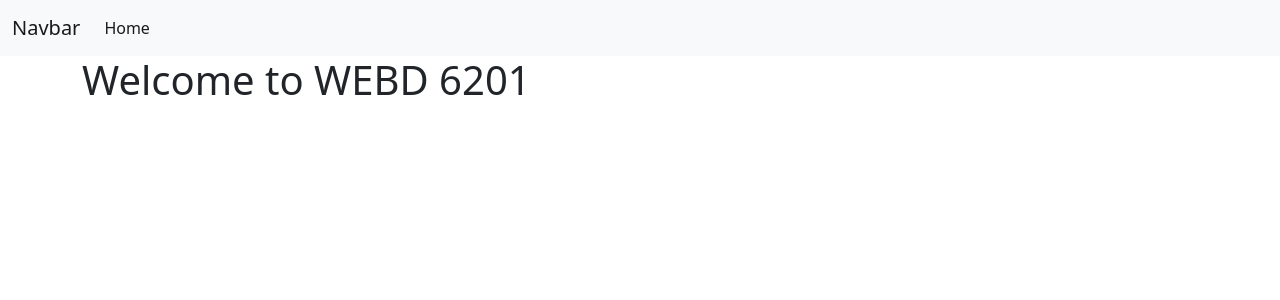
Repository: AshokSasi/WEBD6201-Week3
Page: index.html
An editor plug-in stored every save of this project. The page is shown before and after the next save, followed by the edit.
The browser window is 1280 px wide. The pictures show the whole page.

Above is the page before, as saved 2021-01-20 09:08:02.

After the next save:
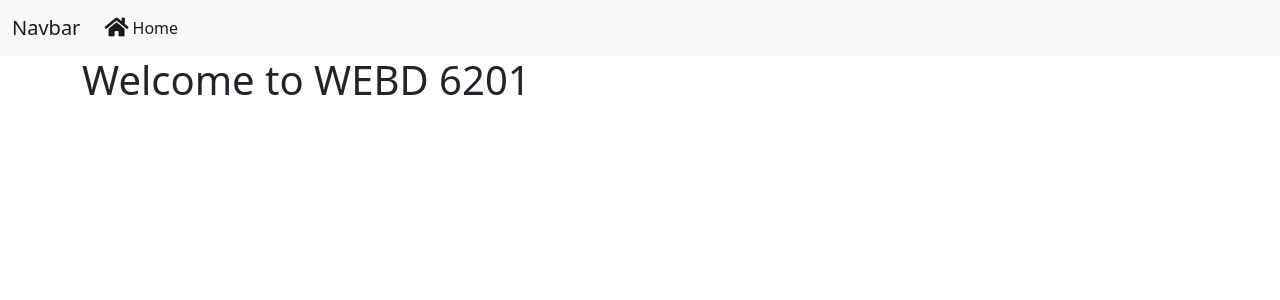
Saved 59 s later.
--- a/index.html
+++ b/index.html
@@ -20,7 +20,7 @@
               <div class="collapse navbar-collapse" id="navbarSupportedContent">
                 <ul class="navbar-nav me-auto mb-2 mb-lg-0">
                   <li class="nav-item">
-                    <a class="nav-link active" aria-current="page" href="#">Home</a>
+                    <a class="nav-link active" aria-current="page" href="#"><i class="fas fa-home fa-lg"></i> Home</a>
                   </li>
                 </ul>
 
